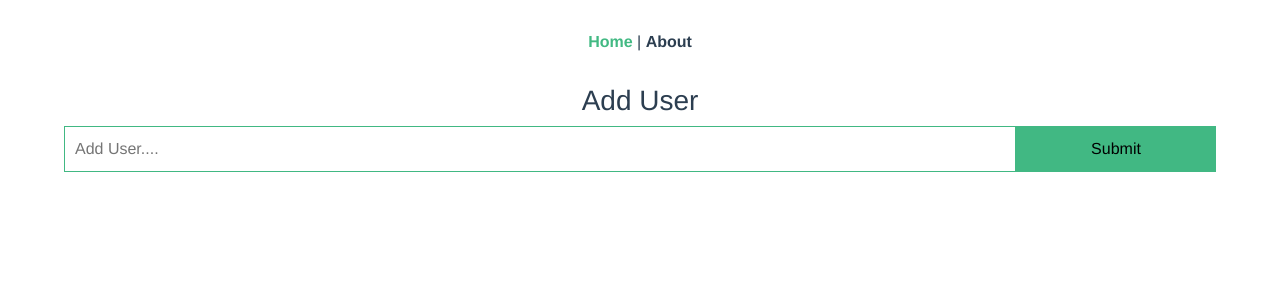
Repository: AbonyiXavier/consuming-User-Api
Page: /
The author's editor kept a copy of each file at every save. The page is drawn from the files as they stood at one save, then again after the next save.
The browser window is 1280 px wide. The pictures show the whole page.
The page's requests for data from a server got no answer. The project was rebuilt for these pictures with package versions that can differ from the ones it lists, and the page was loaded fresh each time. No one was signed in, and anything a server would have sent is missing.

Above is the page before, as saved 2020-03-28 18:40:31.

### src/store/index.js
import Vue from "vue";
import Vuex from "vuex";
import axios from "axios";

Vue.use(Vuex);

export default new Vuex.Store({
  state: {
    users: []
  },

  getters: {
    allUsers: state => state.users
  },
  mutations: {
    setUsers: (state, users) => (state.users = users)
  },
  actions: {
    async fetchUsers({ commit }) {
      const response = await axios.get(
        "https://jsonplaceholder.typicode.com/users"
      );
      // console.log("my response", response.data);
      commit("setUsers", response.data);
    }
  },
  modules: {}
});

### src/views/Home.vue
<template>
  <div class="container">
    <div class="mb-3">
      <AddUser />
    </div>
    <div class="users">
      <div v-for="user in allUsers" :key="user.id" class="user">{{ user.name }}</div>
    </div>
  </div>
</template>

<script>
// @ is an alias to /src
import { mapGetters, mapActions } from "vuex";
import AddUser from "../components/AddUser";
export default {
  name: "Home",
  methods: {
    ...mapActions(["fetchUsers"])
  },
  computed: mapGetters(["allUsers"]),
  created() {
    this.fetchUsers();
  },
  components: {
    AddUser
  }
};
</script>

<style scoped>
.container {
  max-width: 90%;
  margin: 0px auto;
  padding: 0px;
}
.users {
  display: grid;
  grid-template-columns: repeat(3, 1fr);
  grid-gap: 1rem;
}

.user {
  border: 1px solid #ccc;
  background: #41b883;
  padding: 1rem;
  border-radius: 5px;
  text-align: center;
  position: relative;
  cursor: pointer;
}

i {
  position: absolute;
  bottom: 10px;
  right: 10px;
  color: #fff;
  cursor: pointer;
}
</style>

### src/components/AddUser.vue
<template>
  <div>
    <h3>Add User</h3>
    <div class="add">
      <form @submit.prevent="onSubmit">
        <input type="text" v-model="item" placeholder="Add User...." />
        <input type="submit" value="Submit" />
      </form>
    </div>
  </div>
</template>

<script>
import { mapActions } from "vuex";
export default {
  name: "AddUser",
  data() {
    return {
      item: ""
    };
  },
  methods: {
    ...mapActions(["addTodo"]),

    onSubmit() {
      this.addTodo(this.item);
      this.item = "";
    }
  }
};
</script>
<style scoped>
form {
  display: flex;
}
input[type="text"] {
  flex: 10;
  padding: 10px;
  border: 1px solid #41b883;
  outline: 0;
}
input[type="submit"] {
  flex: 2;
  background: #41b883;
  border: 1px solid #41b883;
  cursor: pointer;
}
</style>

Loaded but not shown: public/index.html (common file); src/main.js (common file); src/plugins/bootstrap-vue.js (common file); src/App.vue (common file); src/router/index.js (common file)

After the next save:
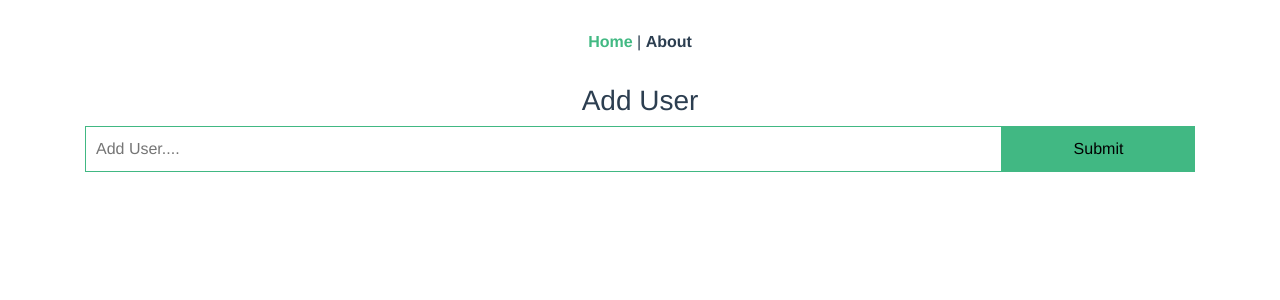
Saved 42 s later.
--- a/src/views/Home.vue
+++ b/src/views/Home.vue
@@ -29,11 +29,11 @@ export default {
 </script>
 
 <style scoped>
-.container {
+/* .container {
   max-width: 90%;
   margin: 0px auto;
   padding: 0px;
-}
+} */
 .users {
   display: grid;
   grid-template-columns: repeat(3, 1fr);
